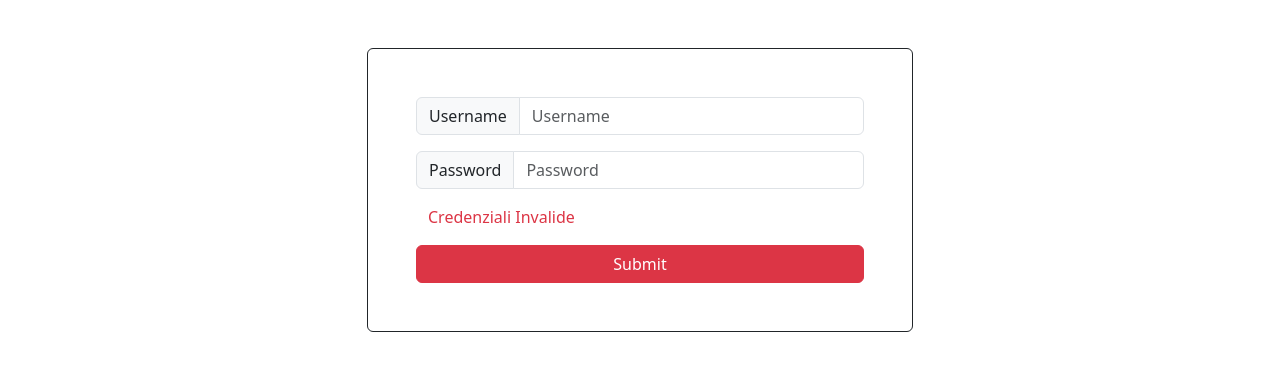
Repository: FrancescoGiordano23/WebappKebab
Page: http://localhost/EsercizioKebab/
These files come from the project's save history. The page is drawn as it stood at one moment and after a run of saves; the edit follows.
The browser window is 1280 px wide. The pictures show the whole page.
The page is served by Tomcat 10.

Above is the page before, as saved 2024-08-02 12:36:56.

After the next 2 saves:
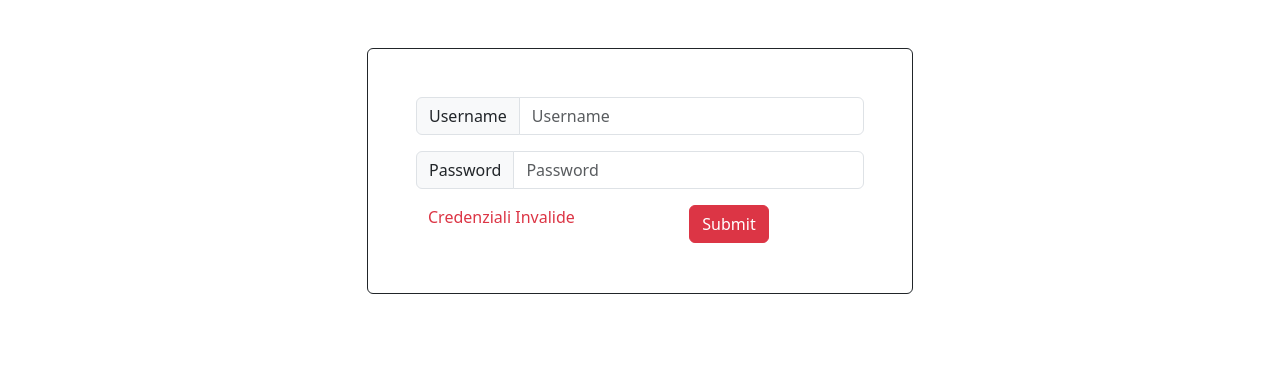
The 2 saves are shown as one change because they came seconds apart.
The last was saved 32 s later.
--- a/EsercizioKebab/src/main/webapp/login.jsp
+++ b/EsercizioKebab/src/main/webapp/login.jsp
@@ -43,9 +43,14 @@
 						<div class="container">
 							<div class="row">
 								<div class="col-7">
-								<p class="text-danger">Credenziali Invalide</p>
+									<p class="text-danger">Credenziali Invalide</p>
 								</div>
-								<button class="btn btn-danger" type="submit">Submit</button>
+								<div class="col-5">
+									<button class="btn btn-danger" type="submit">Submit</button>
+								</div>
+							</div>
+						</div>
+
 					</form>
 				</div>
 			</div>
